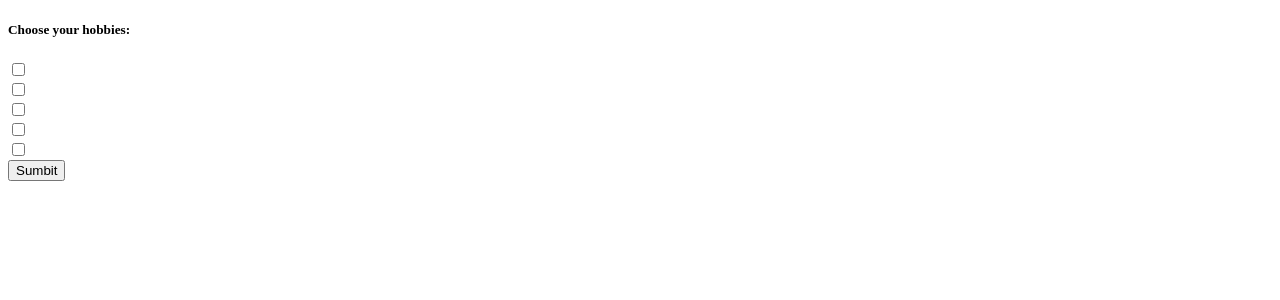
Repository: Max0077/WEJE1-master
Page: servlets/src/main/webapp/Hobbies.html
These files come from the project's save history. The page is drawn as it stood at one moment and after the next save; the edit follows.
The browser window is 1280 px wide. The pictures show the whole page.

Above is the page before, as saved 2022-09-05 12:31:28.

After the next save:
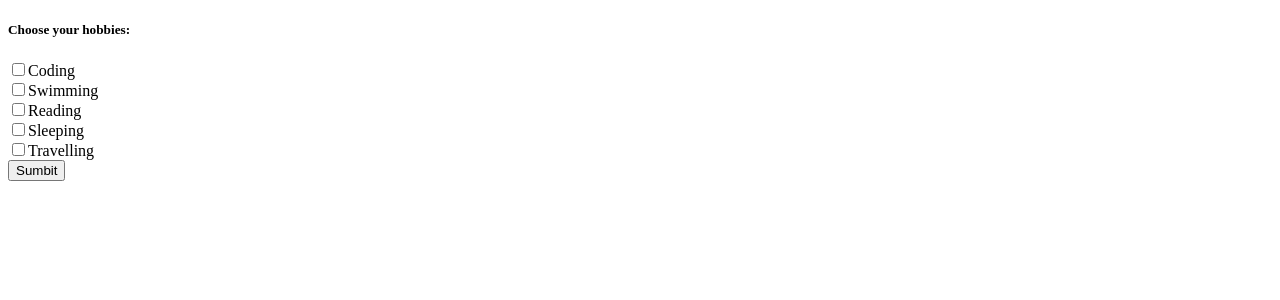
Saved 108 s later.
--- a/servlets/src/main/webapp/Hobbies.html
+++ b/servlets/src/main/webapp/Hobbies.html
@@ -7,11 +7,11 @@
 <body>
 	<form method="get" action="./hobbies">
 		<h5>Choose your hobbies:</h5>
-		<input type="checkbox" name="hobbies" value="Coding"><br>
-		<input type="checkbox" name="hobbies" value="Swimming"><br>
-		<input type="checkbox" name="hobbies" value="Reading"><br>
-		<input type="checkbox" name="hobbies" value="Sleeping"><br>
-		<input type="checkbox" name="hobbies" value="Travelling"><br>
+		<input type="checkbox" name="hobbies" value="Coding">Coding<br>
+		<input type="checkbox" name="hobbies" value="Swimming">Swimming<br>
+		<input type="checkbox" name="hobbies" value="Reading">Reading<br>
+		<input type="checkbox" name="hobbies" value="Sleeping">Sleeping<br>
+		<input type="checkbox" name="hobbies" value="Travelling">Travelling<br>
 		<input type="submit" value="Sumbit">
 	</form>
 </body>
